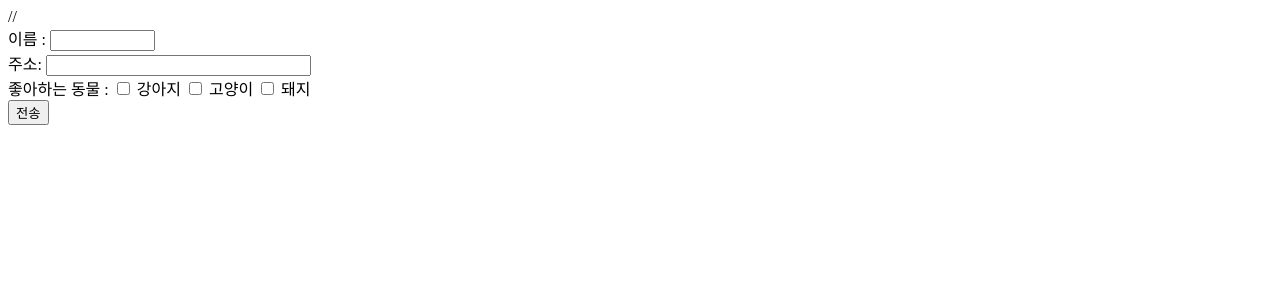
Repository: ikobean/ikoebean
Page: http://localhost/dev_jsp/ch3/form.jsp
These files come from the project's save history. The page is drawn as it stood at one moment and after the next save; the edit follows.
The browser window is 1280 px wide. The pictures show the whole page.
The page is served by Tomcat 9.

Above is the page before, as saved 2019-07-15 06:12:46.

After the next save:
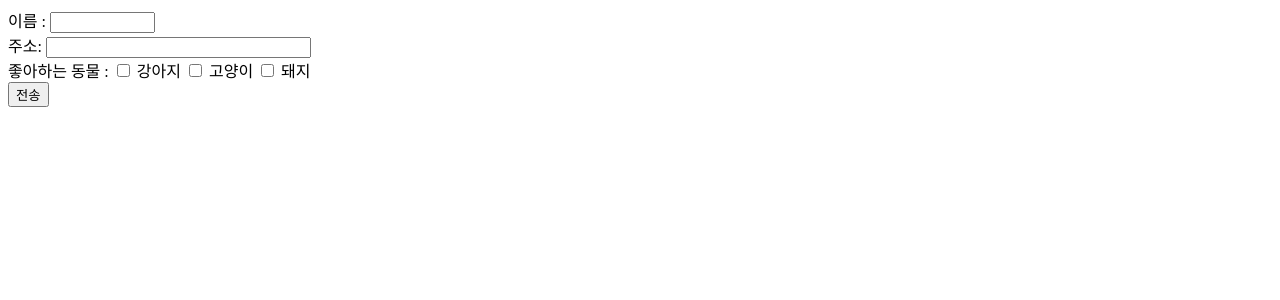
Saved 28 s later.
--- a/workspace_jsp/dev_jsp/WebContent/ch3/form.jsp
+++ b/workspace_jsp/dev_jsp/WebContent/ch3/form.jsp
@@ -7,7 +7,7 @@
 <title>Insert title here</title>
 </head>
 <body>
-//<form action="/ch3/viewParameter.jsp" method="post">
+<!--<form action="/ch3/viewParameter.jsp" method="post">-->
 <form action="ch3/pet.do" method="post">
 이름 : <input type="text" name="name" size="10"> <br>
 주소: <input type="text" name="address" size="30"> <br>
